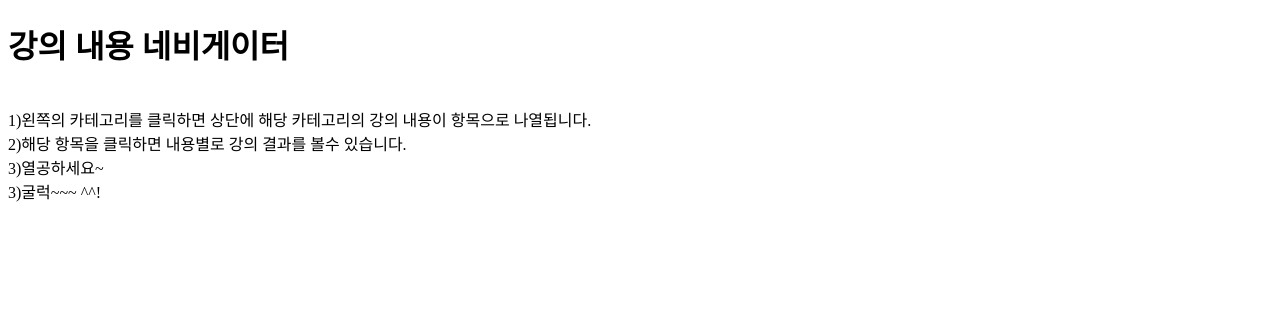
Repository: 10zeroone/study_webbasic
Page: JavaScript/WebContent/task/frameContent.html
These files come from the project's save history. The page is drawn as it stood at one moment and after the next save; the edit follows.
The browser window is 1280 px wide. The pictures show the whole page.

Above is the page before, as saved 2014-03-02 23:47:21.

After the next save:
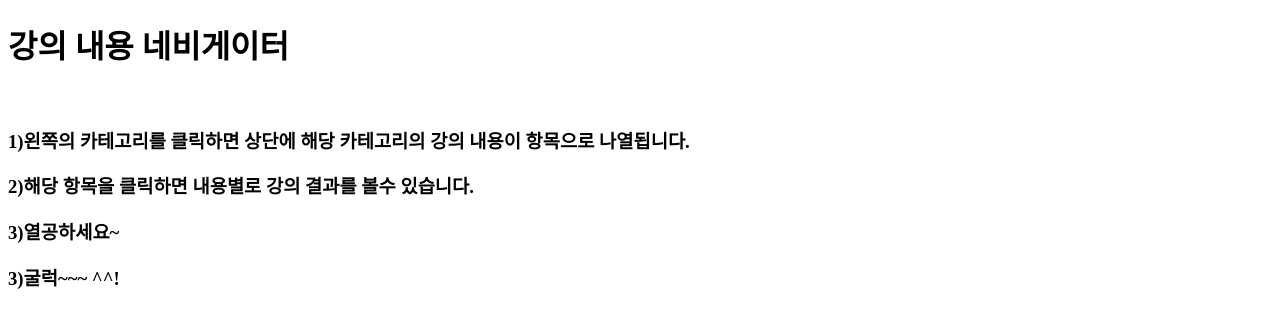
Saved 36 s later.
--- a/JavaScript/WebContent/task/frameContent.html
+++ b/JavaScript/WebContent/task/frameContent.html
@@ -8,10 +8,10 @@
 
 <h1 font-color=red>강의 내용 네비게이터</h1>
 <br>
-1)왼쪽의 카테고리를 클릭하면 상단에 해당 카테고리의 강의 내용이 항목으로 나열됩니다.<br>
-2)해당 항목을 클릭하면 내용별로 강의 결과를 볼수 있습니다.<br>
-3)열공하세요~ <br>
-3)굴럭~~~ ^^!<br>
+<h3>1)왼쪽의 카테고리를 클릭하면 상단에 해당 카테고리의 강의 내용이 항목으로 나열됩니다.</h3>
+<h3>2)해당 항목을 클릭하면 내용별로 강의 결과를 볼수 있습니다.</h3>
+<h3>3)열공하세요~ </h3>
+<h3>3)굴럭~~~ ^^!</h3>
 
 </body>
 </html>
